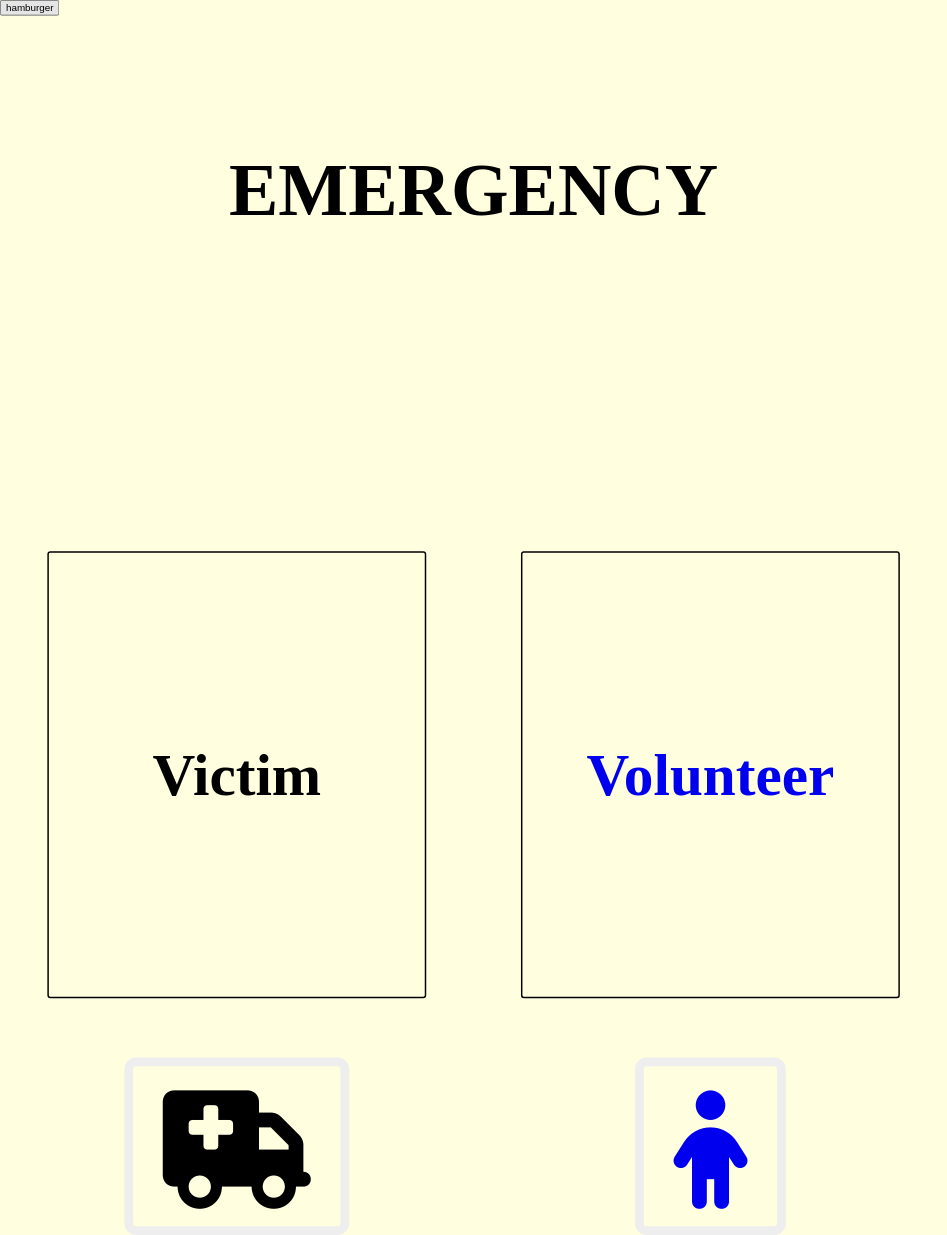
Repository: KittichoteKamalapirat/EMS-management-system
Page: index.html
The author's editor kept a record of every edit. The page is drawn from the files as they stood at one moment, then again after the next edit.
The browser window is 1280 px wide. The pictures show the whole page, at 74% of full size.
Some web libraries are served in a nearby version.

Above is the page before.

### index.html
<!DOCTYPE>
<!DOCTYPE html>
<html>
<head>
    <meta charset = "utf-8">
    <link rel = "stylesheet" href="/css/index.css" type="text/css" />
    <script src="https://use.fontawesome.com/804afe4c6e.js"></script>

    <link rel = "stylesheet" href="/css/hamburger.css" type="text/css" />
    <script src="https://ajax.googleapis.com/ajax/libs/jquery/3.3.1/jquery.min.js"></script>


</head>


   <div id="toggle">
        <button id="hamburger"  type="button">
            hamburger
        </button>
    </div>

    <div class="hidden-nav">
        Hi
    </div>


<body>
    <header class = "head-list">
        <h2 class = "head-tag">EMERGENCY</h2>
    </header>
    <div class = "splet-boxes">
    <div class="left-box">
        <p>Victim</p>
        <i class="fa fa-ambulance fa-2x fa-border"></i>
    </div>

    <a href="/skills"><div class="right-box">

        <p>Volunteer</p>
        <i class="fa fa-child fa-2x fa-border"></i>
    </div>
    </a>
    </div>

    <script src='/javascript/index.js'></script>

</body>

</html>

### public/css/index.css
body {
  background: #FFFFE0;
}

  /* Always set the map height explicitly to define the size of the div
       * element that contains the map. */
      #map {
        height: 100%;
      }
      /* Optional: Makes the sample page fill the window. */
      html, body {
        height: 100%;
        margin: 0;
        padding: 0;
      }


/*modal box*/

.bg-modal {
  width:100%;
  height: 100%;
  background-color: rgba(0, 0, 0, 0.8);
  position: absolute;
  top: 0;
  display: none;
  justify-content: center;
  align-items: center; }


.bg-modal .close {
  position: absolute;
  font-size: 3rem;
　right: 1rem;
  top: 0, 5rem;
  transform: rotate(45deg);
  cursor: pointer; }


.box{
  display: grid¥;
  justify-content: center;
  margin: 0 auto;
  padding: 5rem;
  width: 50%;
  background-color: white;
  position: relative;
 }

 /*html1について*/
.header {
  height: 100px;
  width:100%;
  gackgroud: #E9967A;
}
.splet-boxes {
  margin-top: 350px;
}

.left-box {
  margin-left:5%;
  font-size: 80px;
  float: left;
  width:40%;
  text-align: center;
  height: 600px;
  line-height: 600px;
  cursor: pointer;
}
p {
  font-weight: bold;
  border-radius: 4px;
  border: 2px solid black;
}

.right-box {
  margin-right:5%;
  font-size: 80px;
  float: right;
  width:40%;
  text-align: center;
  height: 600px;
  line-height: 600px;
  cursor: pointer;
}
.left-box p:hover {
  background: #FF0000;
  opacity: 0.7;
}
.right-box p:hover {
  background: #66FF99;
  opacity: 0.7;
}


/*html２について*/
.select-skill {
  font-size: 100px;
  text-align: center;
  font-weight: bold;
  margin-top: 100px;
}
li > input {
  position:relative;
   width: 50px;
   height:50px;
  float: left;
  margin: 50px 40px 0 20px;
  transform:scale(1.5);
}

.scrollWrap {
  width: 100%;
  margin: 0px auto;
  overflow: auto;
}
.scrollContent ul {
  margin-top: 50px;
  list-style: none;
  background: white;
  padding: 0;
  position: relative;
}
.scrollContent ul li {
  margin-bottom: 30px;
  font-size: 30px;
  height: 150px;
  line-height: 150px;
  border:1px solid black;
  border-left: solid 6px #2d8fdd;
  position: relative;
}
.selected {
  background: #FFDDFF;
  opacity: 0.5;
}
/*スクロールバーの幅*/
::-webkit-scrollbar {
    width: 6px;
}
/*スクロールバーのレール*/
::-webkit-scrollbar-track {
  border-radius: 30px;
  background: #eee;
}
/*スクロールバーのつまみ*/
::-webkit-scrollbar-thumb {
  border-radius: 30px;
  background: #81D4FA;
}

a {
  text-decoration: none;
}

#decide {
  margin:50px auto 100px;
  font-size: 60px;
  width: 600px;
  height:100px;
  text-align: center;
  border: 1px solid black;
  display: block;
  color: white;
  background: #808080;
  opacity: 0.7;
　font-size: 70px;
　border-radius: 10px;
　text-align: center;
　line-height: 100px;
}


/*html3について*/
h2 {
  text-align: center;
  font-size: 100px;
}
.loading {
  margin-top: 300px;
}

.icon {
  margin: 0 auto;
  width: 100%;
  text-align: center;
  font-size: 100px;
  transition: .4s;
}
.wait {
  margin-top: 0;
}
.thanks {
  margin: 0 auto;
  width: 100%;
  text-align: center;
  font-size: 100px;
  transition: .4s;
}

.container{
    margin: 0 auto;
    text-align:center;
}
.can {
  margin-top: 300px;
}

#loading{
    margin: 0 auto;
    display: block;
    width: 400px;
}

.go {
  text-decoration: none;
  text-align: center;
  font-size: 50px;
  border:1px solid black;
  border-radius: 5px;
  display: block;
  color:white;
  background: #808080;
  width:600px;
  height: 100px;
  line-height: 100px;
  opacity: 0.7;
}

Loaded but not shown: public/css/hamburger.css (730 lines, source omitted); public/javascript/index.js (no copy from this time; the picture is the same without it)

After the next edit:
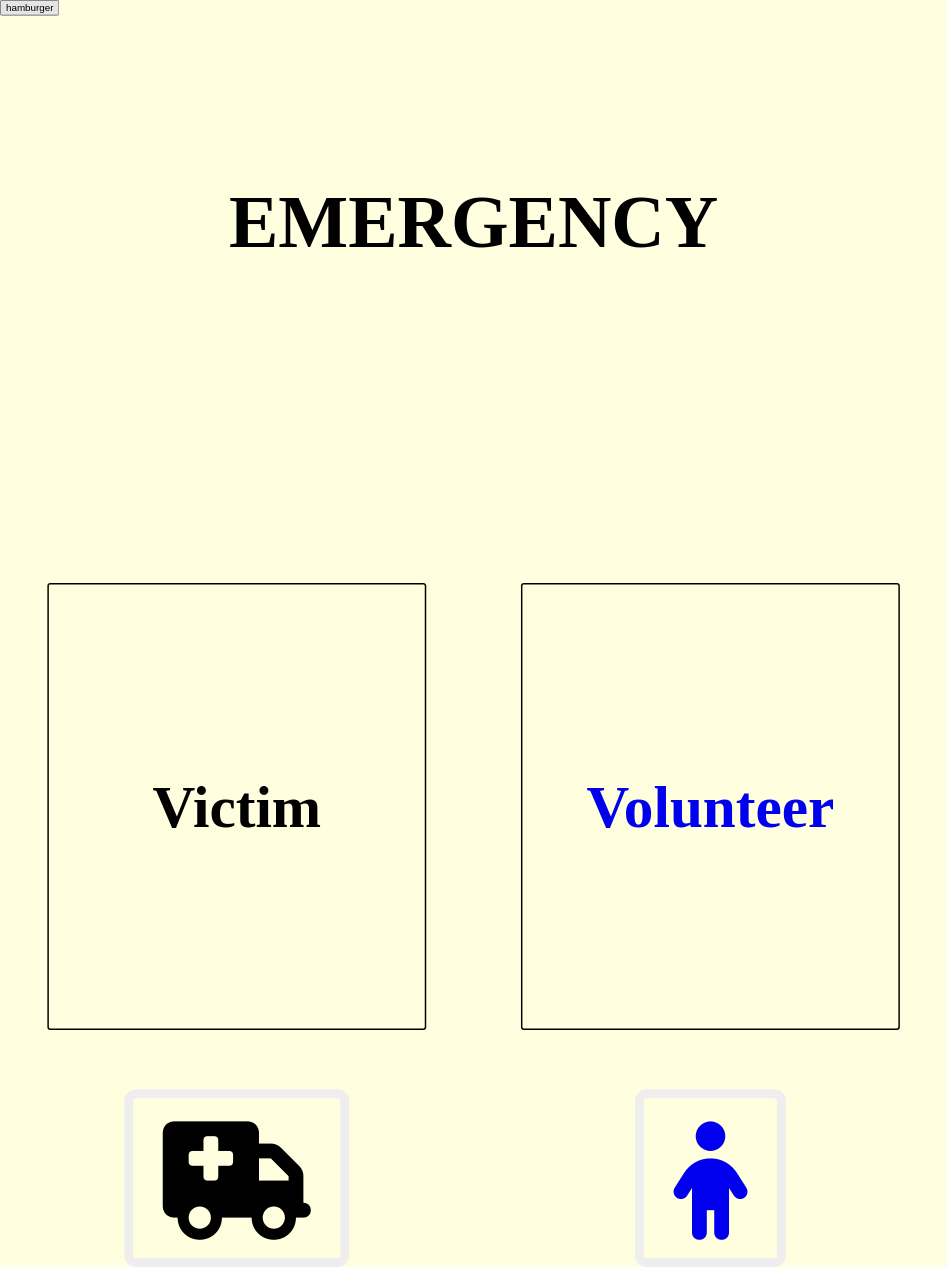
The edit:
--- a/index.html
+++ b/index.html
@@ -20,7 +20,8 @@
     </div>
 
     <div class="hidden-nav">
-        Hi
+        <ul><h1>Hi</h1>
+        </ul>
     </div>
 
 
